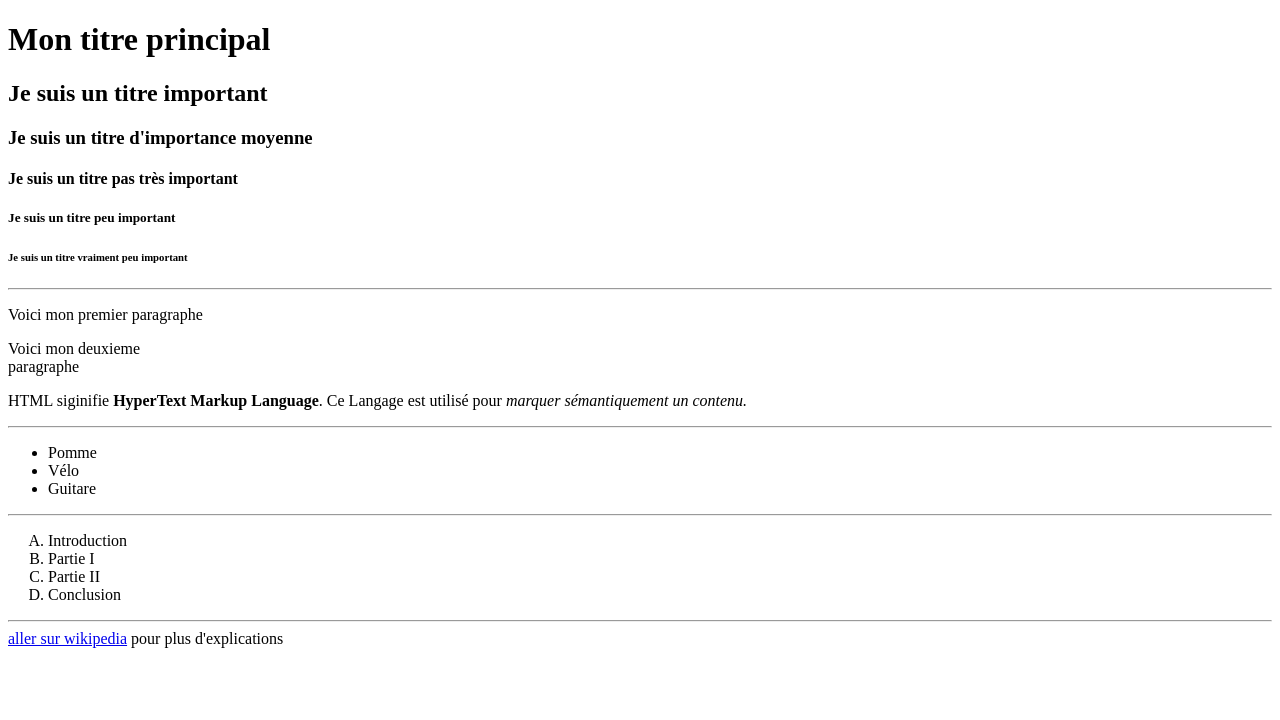
Repository: serviceshuios/-git-reference-java-lyon-worspace
Page: workspaceWeb/MaPremierePage/WebContent/elementsHTML.html
An editor plug-in stored every save of this project. The page is shown before and after the next save, followed by the edit.
The browser window is 1280 px wide. The pictures show the whole page.

Above is the page before, as saved 2017-04-03 11:58:44.

### workspaceWeb/MaPremierePage/WebContent/elementsHTML.html
<!DOCTYPE html>
<html>
	<head>
		<meta charset="UTF-8">
		<!-- titre de la page web -->
		<title>Les éléments HTML</title>
	</head>
	<!-- contenu du site -->
<body>
   <!-- titre de mon livre -->
	<h1>Mon titre principal</h1>
	<!-- chapitres et sous chapitres de mon livre -->
	<h2>Je suis un titre important</h2>
	<h3>Je suis un titre d'importance moyenne</h3>
	<h4>Je suis un titre pas très important</h4>
	<h5>Je suis un titre peu important</h5>
	<h6>Je suis un titre vraiment peu important</h6>
	<!-- faire un trait de séparation -->
	<hr/>
	<!-- paragraphes de mon livre -->
	<p>Voici mon premier paragraphe</p>
	<!-- aller à la ligne dans un paragraphe -->
	<p>Voici mon deuxieme <br/> paragraphe</p>

	<!-- comment indiquer qu'un texte est très important -->
	<p>
	HTML siginifie <strong>HyperText Markup Language</strong>. Ce
	Langage est utilisé pour <em>marquer sémantiquement un contenu.</em>
	</p>
	<hr/>
	<!-- Listes non ordonnées -->
	<ul>
		<li>Pomme</li>
		<li>Vélo</li>
		<li>Guitare</li>
	</ul>
	<!-- Listes ordonnées -->
	<hr/>
	<ol type="A">
		<li>Introduction</li>
		<li>Partie I</li>
		<li>Partie II</li>
		<li>Conclusion</li>
	</ol>
	<hr/>
	<!-- utilisation lecteur audio -->
	<!-- lien externe -->
	<a href="https://fr.wikipedia.org/">aller sur wikipedia</a> pour plus d'explications
</body>
</html>

After the next save:
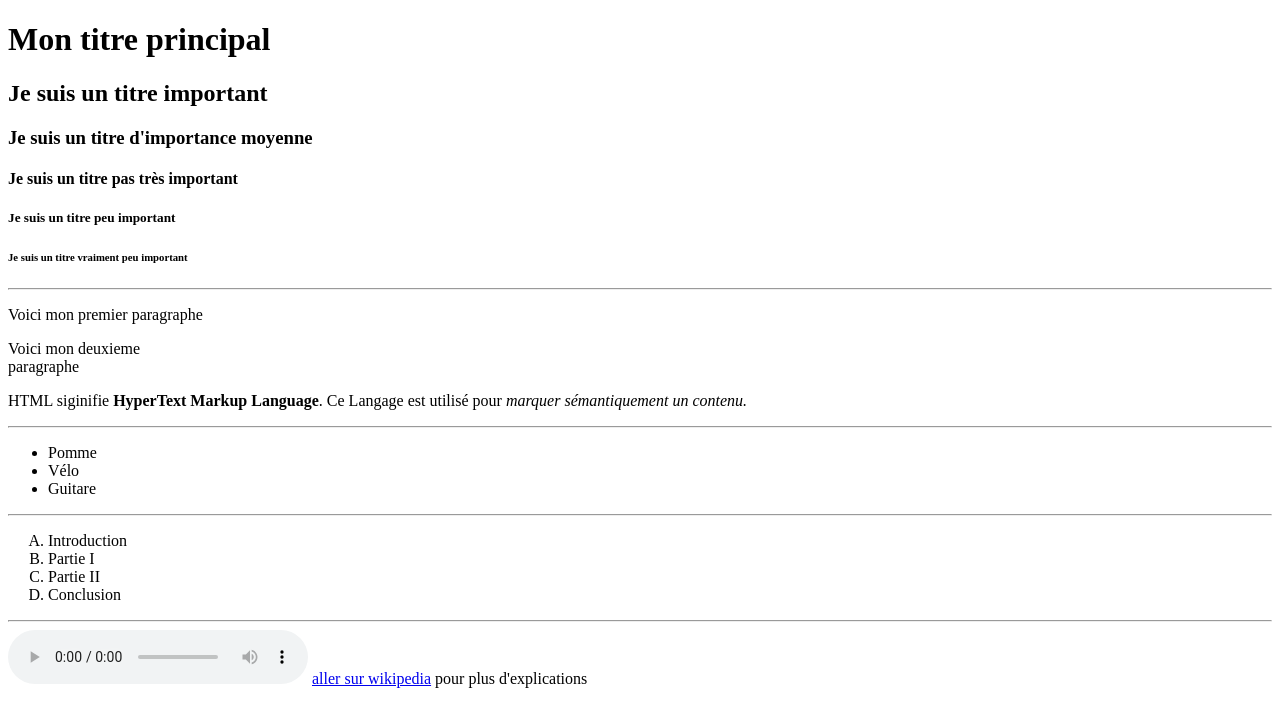
Saved 74 s later.
--- a/workspaceWeb/MaPremierePage/WebContent/elementsHTML.html
+++ b/workspaceWeb/MaPremierePage/WebContent/elementsHTML.html
@@ -44,6 +44,9 @@
 	</ol>
 	<hr/>
 	<!-- utilisation lecteur audio -->
+	<audio controls>
+		<source src="mp3/Kalimba.mp3"/>
+	</audio>
 	<!-- lien externe -->
 	<a href="https://fr.wikipedia.org/">aller sur wikipedia</a> pour plus d'explications
 </body>

After the 2 saves that followed:
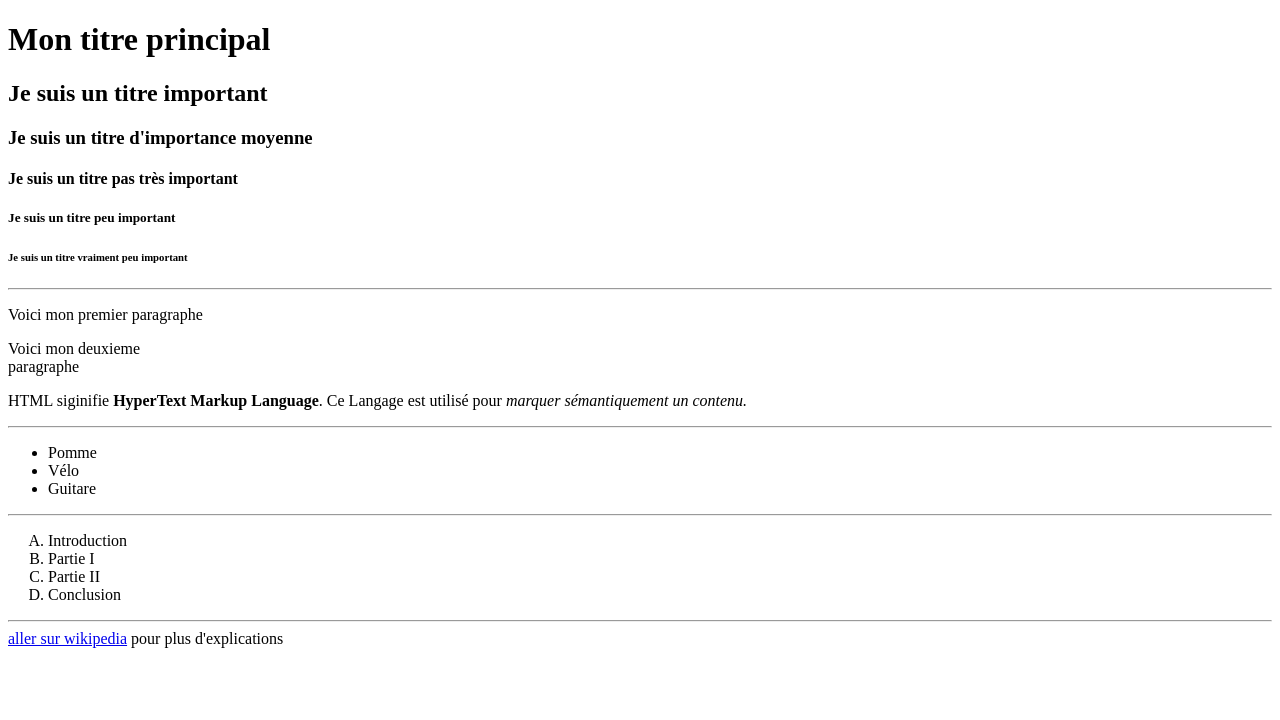
The 2 saves are shown as one change because 1 left the picture as it was.
The last was saved 2 min 29 s later.
--- a/workspaceWeb/MaPremierePage/WebContent/elementsHTML.html
+++ b/workspaceWeb/MaPremierePage/WebContent/elementsHTML.html
@@ -44,7 +44,7 @@
 	</ol>
 	<hr/>
 	<!-- utilisation lecteur audio -->
-	<audio controls>
+	<audio preload="metadata" loop>
 		<source src="mp3/Kalimba.mp3"/>
 	</audio>
 	<!-- lien externe -->
